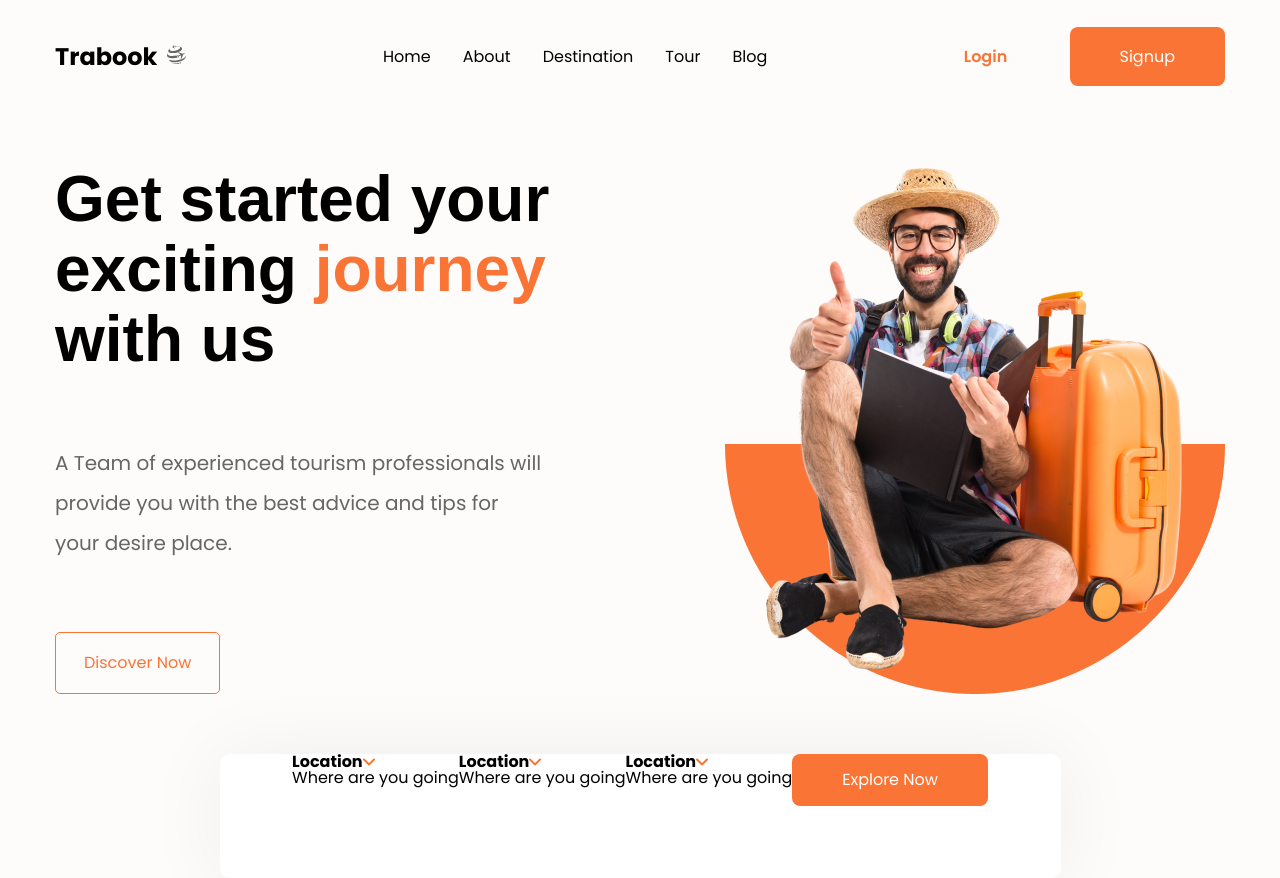
Repository: phobo99/phobo99.github.io
Page: Trabook/index.html
The author's editor kept a copy of each file at every save. The page is drawn from the files as they stood at one save, then again after the next save.
The browser window is 1280 px wide. The pictures show the whole page.
Some web fonts or font styles are not loaded; a fallback is used. Some web libraries are served in a nearby version. The style sheet was rebuilt from its Sass, Less or Tailwind sources for each picture, by a compiler version that may differ from the author's.

Above is the page before, as saved 2022-06-18 23:09:18.

After the next save:
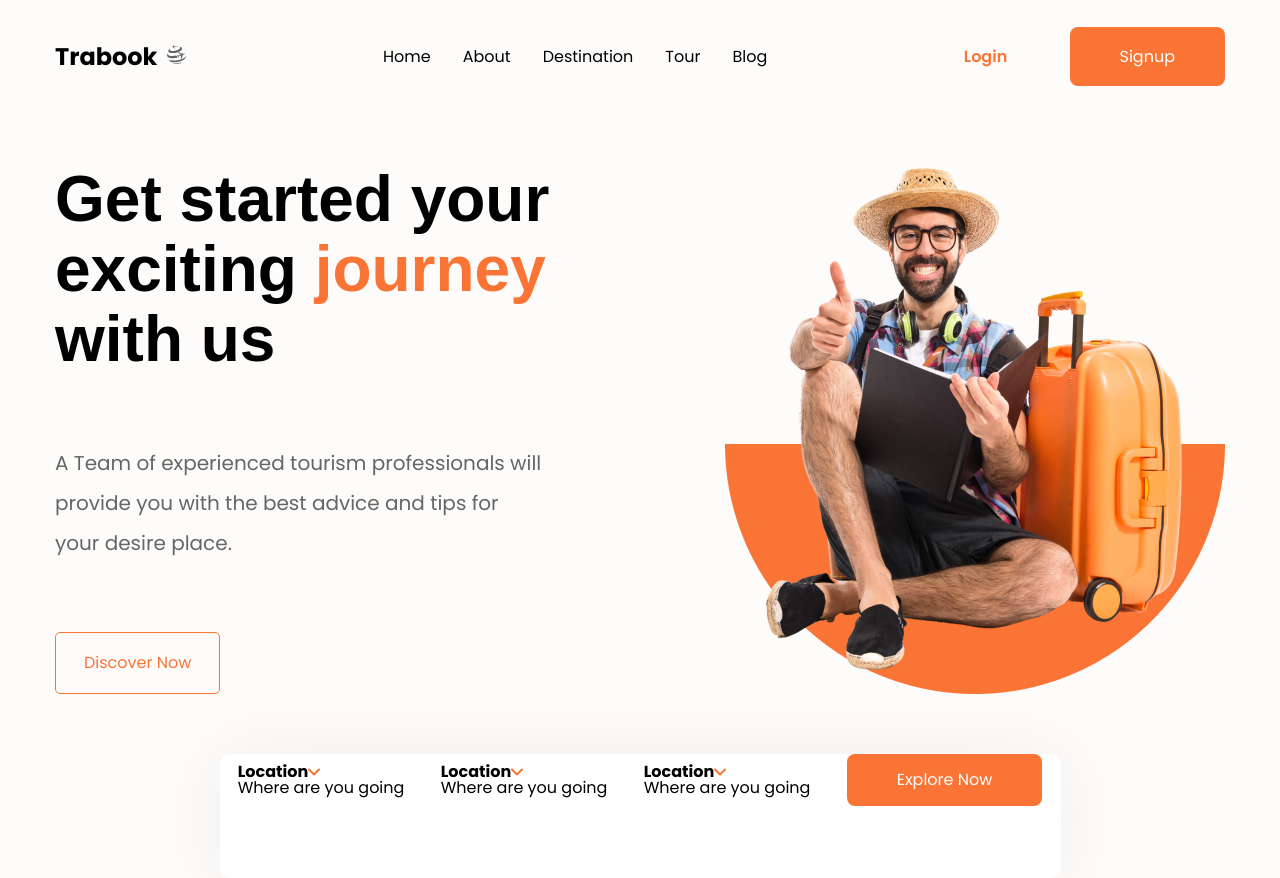
Saved 32 s later.
--- a/Trabook/style.scss
+++ b/Trabook/style.scss
@@ -137,7 +137,8 @@ h1 {
       .list-search {
         display: grid;
         grid-template-columns: auto auto auto auto;
-        justify-content: center;
+        align-items: center;
+        justify-items: center;
         .item-search {
           display: flex;
           flex-direction: column;
